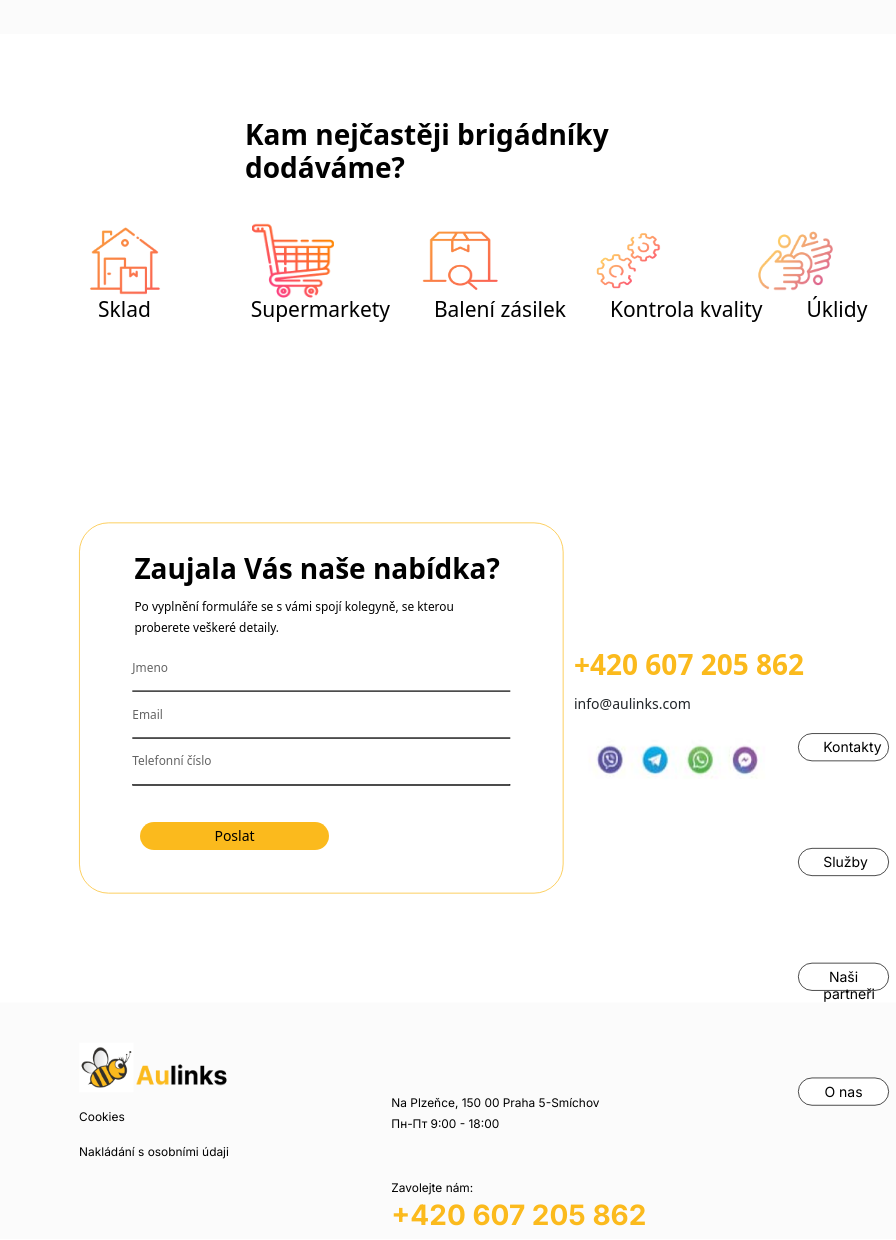
Repository: bilday08/aulinks
Page: index.html
The author's editor kept a copy of each file at every save. The page is drawn from the files as they stood at one save, then again after the next save.
The browser window is 1280 px wide. The pictures show the part of the page from y = 3348 to 5268 px (the page is 5119 px tall before and 5268 px after), at 70% of full size.
Some web fonts or font styles are not loaded; a fallback is used.

Above is the page before, as saved 2022-12-09 16:04:42.

After the next save:
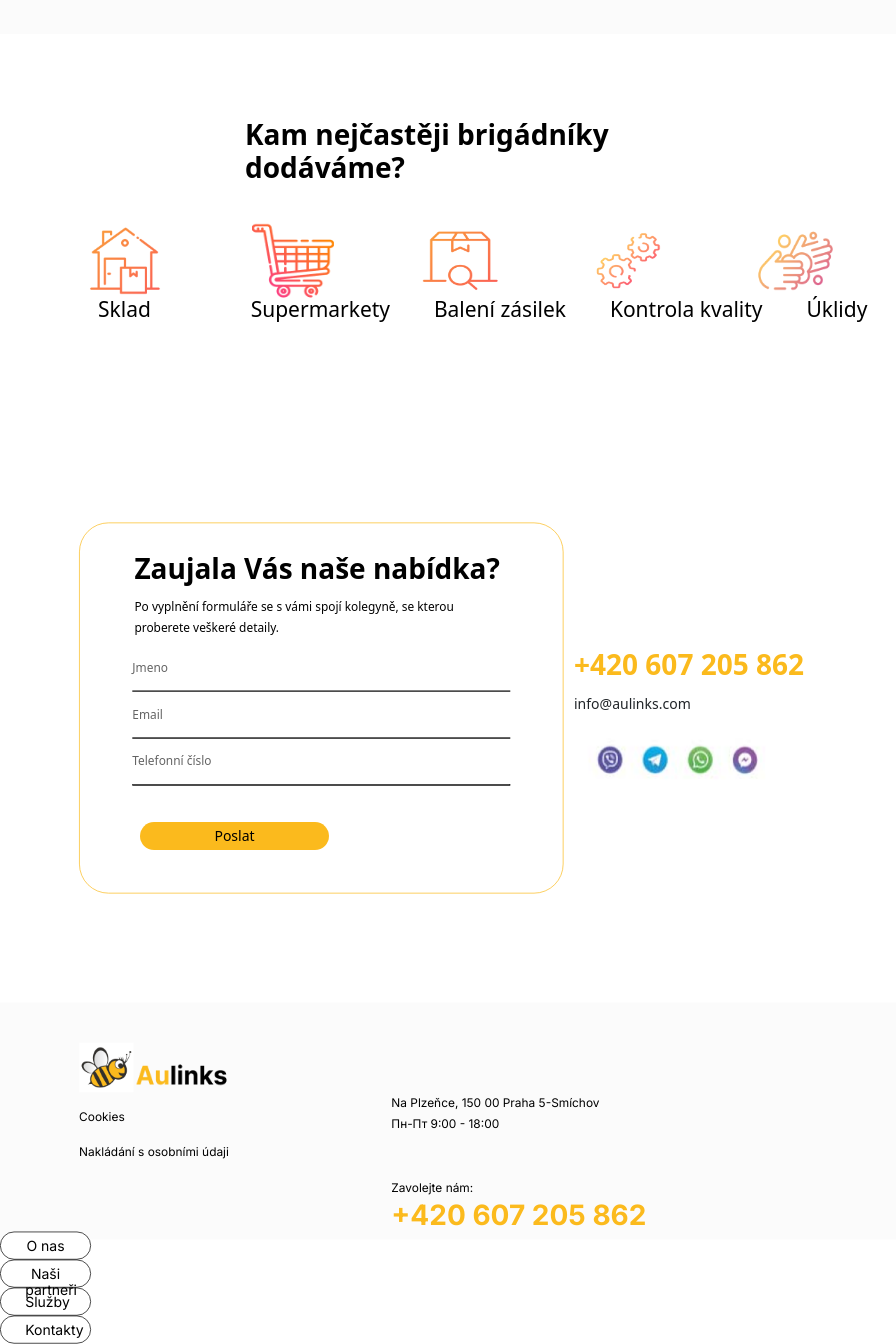
Saved 20 s later.
--- a/style.css
+++ b/style.css
@@ -431,5 +431,4 @@
     line-height: 24px;
     border-radius: 30px;
     border: 1px solid #000000;
-    margin: -22rem 17rem 1.6rem 114rem;
-}
+}
